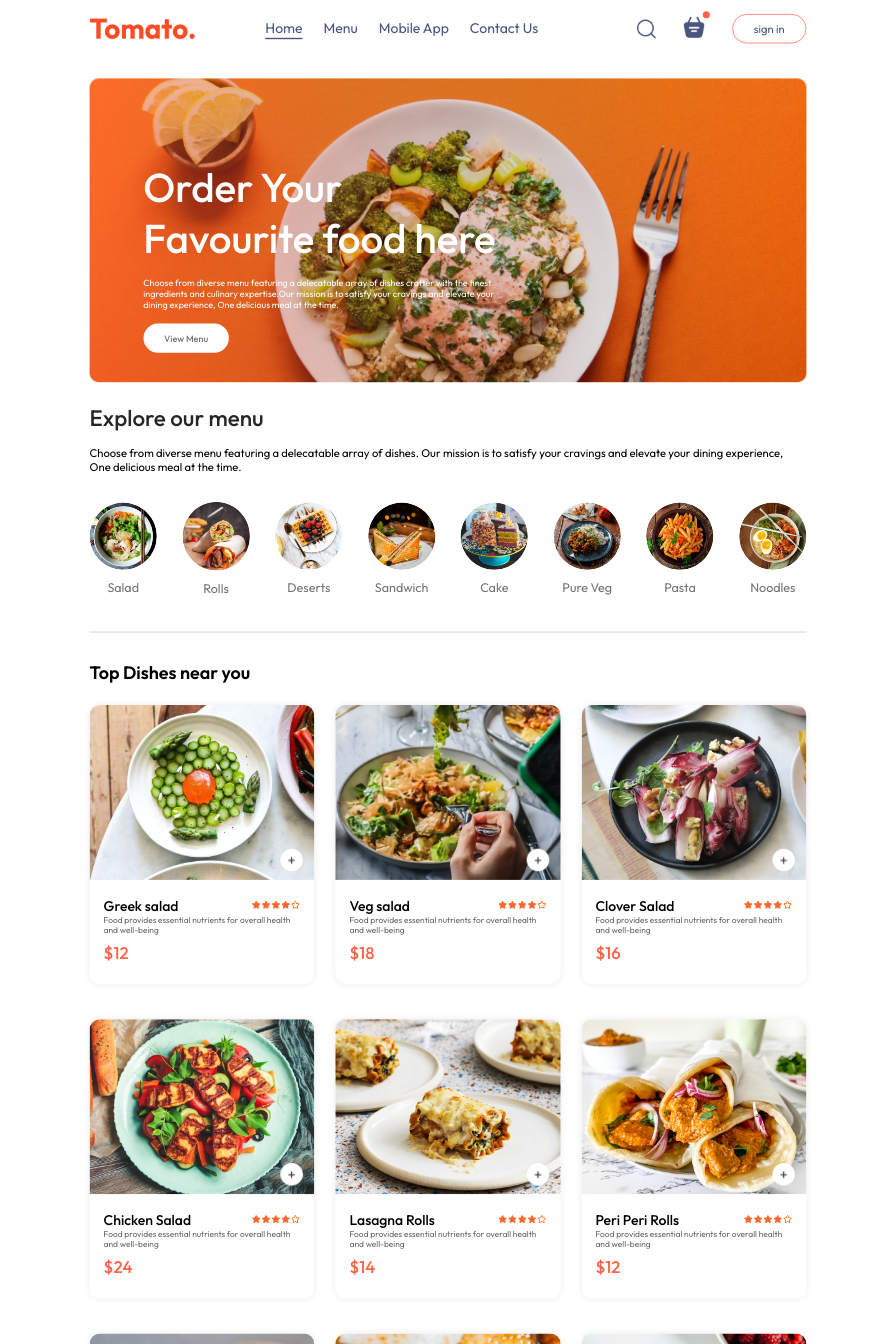
Repository: esakkiraj8104/FOOD_ORDER1
Page: /
The author's editor kept a copy of each file at every save. The page is drawn from the files as they stood at one save, then again after a run of saves.
The browser window is 1280 px wide. The pictures show the part of the page from y = 0 to 1920 px (the page is 6713 px tall before and 6733 px after), at 70% of full size.
The project was rebuilt for these pictures with package versions that can differ from the ones it lists, and the page was loaded fresh each time. Also part of the build but not shown: vite.config.js, src/pages/Cart/Cart.css, src/pages/Cart/Cart.jsx, src/components/LoginPopup/LoginPopup.css, src/components/LoginPopup/LoginPopup.jsx. Imported but missing from the stored project, and not drawn on this page: src/pages/PlaceOrder/PlaceOrder.

Above is the page before, as saved 2025-05-20 18:02:34.

### index.html
<!doctype html>
<html lang="en">
  <head>
    <meta charset="UTF-8" />
    <link rel="icon" type="image/svg+xml" href="/vite.svg" />
    <meta name="viewport" content="width=device-width, initial-scale=1.0" />
    <title>Tomoto food Web</title>
  </head>
  <body>
    <div id="root"></div>
    <script type="module" src="/src/main.jsx"></script>
  </body>
</html>

### src/main.jsx
import React from 'react'
import ReactDOM from 'react-dom/client'
import './index.css'
import App from './App.jsx'
import {BrowserRouter} from 'react-router-dom'
import StoreContextProvider from './Context/StoreContext.jsx'

ReactDOM.createRoot(document.getElementById('root')).render(
  <BrowserRouter>
    <StoreContextProvider>
      <App />
    </StoreContextProvider>

  </BrowserRouter>

)

### src/index.css
@import url('https://fonts.googleapis.com/css2?family=Outfit:wght@100..900&display=swap');

*{
  padding: 0;
  margin: 0;
  box-sizing: border-box;
  font-family: outfit;
  scroll-behavior: smooth;
}
body{
  min-height: 100vh;
}
a{
  text-decoration :none;
  color: inherit;
}
.app{
  width: 80%;
  margin: auto;
}

@keyframes fadeIn {
  0%{
    opacity: 0;
  }
  100%{
    opacity: 1;
  }
}

### src/App.jsx
import React,{ useState } from 'react'
import { Route, Routes } from 'react-router-dom'
import Home from './pages/Home/Home'
import Cart from './pages/Cart/Cart'
import PlaceOrder from './pages/PlaceOrder/PlaceOrder'
import Navbar from './components/Navbar/Navbar/Navbar'
import Footer from './components/Navbar/Footer/Footer'
import LoginPopup from './components/LoginPopup/LoginPopup'

const App = () => {

  const[showLogin,setShowLogin]= useState(false)
  return (

    <>
    {showLogin?<LoginPopup setShowLogin={setShowLogin}/>:<></>}
      <div className='app'>
        <Navbar setShowLogin={setShowLogin}/>
        <Routes >
          <Route path='/' element={<Home />} />
          <Route path='/cart' element={<Cart />} />
          <Route path='/order' element={<PlaceOrder />} />
        </Routes>
      </div>
      <Footer />

    </>


  )
}

export default App

### src/Context/StoreContext.jsx
import { createContext, useEffect, useState } from "react";
import { food_list } from "../assets/assets";

export const StoreContext = createContext(null)

const StoreContextProvider = (props) => {

    const [cartItems,setCartItems]= useState({});

    const addToCart = (itemId) => {
        if (!cartItems[itemId]) {
            setCartItems((prev)=>({...prev,[itemId]:1}))
        }
        else{
            setCartItems((prev)=>({...prev,[itemId]:prev[itemId]+1}))
        }
    }

    const removeFromCart = (itemId) =>{
        setCartItems((prev)=>({...prev,[itemId]:prev[itemId]-1}))
    }

    useEffect(()=>{
        console.log(cartItems);
    },[cartItems])

    const contextValue = {
        food_list,
        cartItems,
        setCartItems,
        addToCart,
        removeFromCart

    }
    return (
        <StoreContext.Provider value={contextValue}>
            {props.children}
        </StoreContext.Provider>
    )
}

export default StoreContextProvider;

### src/pages/Home/Home.jsx
import React, { useState } from 'react'
import './Home.css'
import Header from '../../components/Navbar/Header/Header'
import ExploreMenu from '../../components/Navbar/ExploreMenu/ExploreMenu'
import FoodDisplay from '../../components/Navbar/FoodDisplay/FoodDisplay'
import AppDownload from '../../components/Navbar/AppDownload/AppDownload'

const Home = () => {

    const [category,setCategory]=useState("All");



  return (
    <div>
      <Header/>
      <ExploreMenu category={category} setCategory={setCategory}/>
      <FoodDisplay category={category}/>
      <AppDownload/>
    </div>
  )
}

export default Home

### src/components/Navbar/Navbar/Navbar.jsx
import React, { useState } from 'react'
import './Navbar.css'
import { assets } from '../../../assets/assets'
import { Link } from 'react-router-dom';
const Navbar = ({setShowLogin}) => {

    const [menu,setMenu] = useState("home");
  return (
    <div className='navbar'>
        <img src={assets.logo} alt="" className="logo" />
        <ul className="navbar-menu">
        <Link to='/'className={menu === "home" ? "active" : ""} onClick={() => setMenu("home")}>Home</Link>
        <a href='#explore-menu' className={menu === "menu" ? "active" : ""} onClick={() => setMenu("menu")}>Menu</a>
        <a href='#app-download'className={menu === "mobile-app" ? "active" : ""} onClick={() => setMenu("mobile-app")}>Mobile App</a>
        <a href='#footer'className={menu === "contact us" ? "active" : ""} onClick={() => setMenu("contact us")}>Contact Us</a>
        </ul>
        <div className="navbar-right">
            <Link></Link><img src={assets.search_icon} alt="" />
            <div className="navbar-search-icon">
                <Link to='/cart'><img src={assets.basket_icon} alt="" /></Link>
                <div className="dot"></div>
            </div>
            <button onClick={()=>setShowLogin(true)}>sign in</button>
        </div>
    </div>
  )
}

export default Navbar

### src/components/Navbar/Footer/Footer.jsx
import React from 'react'
import './Footer.css'
import { assets } from '../../../assets/assets'

const Footer = () => {
  return (

    <div className='footer' id='footer'>
      <div className="footer-content">
        <div className="footer-content-left">
          <img src={assets.logo} alt="" />
          <p>Craving something delicious? We bring your favorite meals from top restaurants straight to your door, hot and fresh.
            With fast delivery, secure payments, and  24/7 support, ordering food has never been easier.
            Tomato.com - Serving happiness, one order at a time.</p>
          <div className="footer-social-icons">
            <img src={assets.facebook_icon} alt="" />
            <img src={assets.twitter_icon} alt="" />
            <img src={assets.linkedin_icon} alt="" />
          </div>
        </div>
        <div className="footer-content-center">
          <h2>COMPANY</h2>
          <ul>
            <li>Home</li>
            <li>About us</li>
            <li>Delivery</li>
            <li>Privacy Policy</li>
          </ul>
        </div>
        <div className="footer-content-right">
          <h2>GET IN TOUCH</h2>
          <ul>
            <li>+91-8765434534</li>
            <li>contact@tomato.com</li>
          </ul>
        </div>
      </div>
      <hr />
      <p className="footer-copyright">© 2025 Tomato.com – All Rights Reserved.</p>
    </div>
  )
}

export default Footer

### src/components/Navbar/Header/Header.jsx
import React from 'react'
import './Haeder.css'

const Header = () => {
  return (
    <div className='header'>
       <div className="header-contents">
        <h2>Order Your Favourite food here</h2>
        <p>Choose from diverse menu featuring a delecatable array of dishes crafter with the finest ingredients and culinary expertise.Our mission is to satisfy your cravings and elevate your dining experience, One delicious meal at the time. </p>
        <button>View Menu</button>
       </div>
    </div>

  )
}

export default Header

### src/components/Navbar/ExploreMenu/ExploreMenu.jsx
import React from 'react'
import './ExploreMenu.css'
import { menu_list } from '../../../assets/assets'
const ExploreMenu = ({category,setCategory}) => {
  return (
    <div className='explore-menu' id='explore-menu'>
        <h1>Explore our menu</h1>
        <p>Choose from diverse menu featuring a delecatable array of dishes. Our mission is to satisfy your cravings and elevate your dining experience, One delicious meal at the time. </p>
        <div className="explore-menu-list">
            {menu_list.map((item,index)=>{
                return (
                    <div onClick={()=>setCategory(prev=>prev===item.menu_name?"All":item.menu_name)} key={index} className='explore-menu-list-item'>
                        <img className={category===item.menu_name?"active":""} src={item.menu_image} alt="" />
                        <p>{item.menu_name}</p>
                    </div>
                )
            })}
        </div>
        <hr/>
    </div>
  )
}

export default ExploreMenu

### src/components/Navbar/FoodDisplay/FoodDisplay.jsx
import React, { useContext } from 'react'
import './FoodDisplay.css'
import { StoreContext } from '../../../Context/StoreContext'
import FoodItem from '../FoodItem/FoodItem'

const FoodDisplay = ({ category }) => {

  const { food_list } = useContext(StoreContext)

  return (
    <div className='food-display' id='food-display'>
      <h2>Top Dishes near you</h2>
      <div className="food-display-list">
        {food_list.map((item, index) => {
          if (category === "All" || category === item.category) {


            return <FoodItem key={index} id={item._id} name={item.name} description={item.description} price={item.price} image={item.image} />
          }
        })}
      </div>
    </div>
  )
}

export default FoodDisplay

### src/components/Navbar/AppDownload/AppDownload.jsx
import React from 'react'
import './AppDownload.css'
import { assets } from '../../../assets/assets'

const AppDownload = () => {
  return (
    <div className='app-download'id='app-download'>
      <p>For Better Experience Download <br /> Tomato App</p>
      <div className="app-download-platforms">
        <img src={assets.play_store} alt="" />
        <img src={assets.app_store} alt="" />

      </div>

    </div>
  )
}

export default AppDownload

### src/components/Navbar/Navbar/Navbar.css
.navbar{
    padding: 20px 0px;
    display: flex;
    justify-content: space-between;
    align-items: center;
}

.navbar .logo{
    width: 150px;
}

.navbar-menu{
    display: flex;
    list-style: none;
    gap: 30px;
    color: #49557e;
    font-size: 20px;
}

.navbar-right{
    display: flex;
    align-items: center;
    gap: 40px;
}

.navbar button{
    background: transparent;
    font-size: 16px;
    color: #49557e;
    border: 1px solid tomato;
    padding: 10px 30px;
    border-radius: 50px;
    cursor: pointer;
    transition: 0.3;
}

.navbar button:hover{
    background-color: #fff4f2;
}

.navbar .active{
    padding-bottom: 2px;
    border-bottom: 2px solid #49557e;
}

.navbar li{
    cursor: pointer;
}

.navbar-search-icon{
    position:relative;
}

.navbar-search-icon .dot{
    position: absolute;
    min-width: 10px;
    min-height: 10px;
    background-color: tomato;
    border-radius: 5px;
    top: -8px;
    right: -8px;
}
@media(max-width:1050px) {
    .navbar .logo{
        width: 140px;
    }
    .navbar-menu{
        gap: 20px;
        font-size: 17px;
    }
    .navbar-right{
        gap: 30px;
    }
    .navbar-right img{
        width: 22px;
    }
    .navbar-right button{
        padding: 8px 25px;
    }
}
@media(max-width:900px) {
    .navbar .logo{
        width: 120px;
    }
    .navbar-menu{
        gap: 15px;
        font-size: 16px;
    }
    .navbar-right{
        gap: 20px;
    }
    .navbar-right img{
        width: 20px;
    }
    .navbar-right button{
        padding: 7px 20px;
        font-size: 15px;
    }
}
@media(max-width:750px) {
    .navbar-menu{
        display: none;
    }
}

### src/components/Navbar/Footer/Footer.css
.footer{
    color: #d9d9d9;
    background: #323232;
    display: flex;
    flex-direction: column;
    align-items: center;
    gap: 20px;
    padding: 20px 8vw;
    padding-top: 80px;
    margin-top: 100px;

}

.footer-content{
    width: 100%;
    display: grid;
    grid-template-columns: 2fr 1fr 1fr;
    gap: 80px;
}
.footer-content-left, .footer-content-right, .footer-content-center{
    display: flex;
    flex-direction: column;
    align-items: start;
    gap: 20px;
}
.footer-content-left li, .footer-content-right li, .footer-content-center li{
    list-style: none;
    margin-bottom: 10px;
    cursor: pointer;
}
.footer-content-right h2, .footer-content-center h2 {
    color: white;
}
.footer-social-icons img{
    width: 40px;
    margin-right: 15px;
}
.footer hr{
    width: 100%;
    height: 2px;
    margin: 20px 0;
    background-color: grey;
    border: none;
}
@media (max-width:750px) {
    .footer-content{
        display: flex;
        flex-direction: column;
        gap: 35px;
    }
    .footer-copyright{
        text-align: center;
    }
}

### src/components/Navbar/Header/Haeder.css
.header{
    height: 34vw;
    margin: 30px auto;
    background: url('/header_img.png') no-repeat;
    background-size:  contain;
    position: relative;
}

.header-contents{
    position: absolute;
    display: flex;
    flex-direction: column;
    align-items: start;
    gap: 1.5vw;
    max-width: 50%;
    bottom: 10%;
    left: 6vw ;
    animation: fadeIn 3s;
}
.header-contents h2{
    font-weight: 500;
    color: white;
    font-size: max(4.5vw,22px);
}
.header-contents p{
    color: white;
    font-size: 1vw;
}
.header-contents button{
    border: none;
    color: #747474;
    font-weight: 500;
    padding: 1vw 2.3vw;
    background-color: white;
    font-size: max(1vw,13px);
    border-radius: 50px;
    cursor: pointer;
}
.header-contents button:hover{
    background-color: #fff4f2;
}
@media (max-width:1050px) {
    .header-contents{
        max-width: 45%;
    }
}
@media (max-width:750px) {
    .header-contents{
        max-width: 65%;
    }
    .header-contents p{
        display: none;
    }
    .header-contents button{
        padding: 2vw 4vw;
    }
}

### src/components/Navbar/ExploreMenu/ExploreMenu.css
.explore-menu{
    display:flex;
    flex-direction: column;
    gap: 20px;
}
.explore-menu h1{
    color: #262626;
    font-weight: 500 ;
}
.explore-menu-text{
    max-width: 60%;
    columns: #808080;
}
.explore-menu-list{
    display: flex;
    justify-content: space-between;
    align-items: center;
    gap: 30px;
    text-align: center;
    margin: 20px 0px;
    overflow-x: scroll;
}
.explore-menu-list::-webkit-scrollbar{
    display: none;
}
.explore-menu-list-item img{
    width: 7.5vw;
    min-width: 80px;
    cursor: pointer;
    border-radius: 50%;
    transition: 0.2s;
}
.explore-menu-list-item p{
    margin-top: 10px;
    color: #747474;
    font-size: max(1.4vw,16px);
    cursor: pointer;
}
.explore-menu hr{
    margin: 10px 0px;
    height: 2px;
    background-color: #e2e2e2;;
    border:none;
}
.explore-menu-list-item .active{
    border: 4px solid tomato;
    padding: 2px;
}
@media (max-width:1050px) {
    .explore-menu-text{
        max-width: 100%;
        font-size: 14px;
    }
}

### src/components/Navbar/FoodItem/FoodItem.jsx
import React, { useContext } from 'react'
import './FoodItem.css'
import { assets } from '../../../assets/assets'
import { StoreContext } from '../../../Context/StoreContext'
const FoodItem = ({id,name,price,description,image}) => {


    const {cartItems,addToCart,removeFromCart} = useContext(StoreContext);

  return (
    <div className='food-item'>
        <div className="food-item-img-container">
            <img className='food-item-image' src={image} alt="" />
            {!cartItems[id]
                ?<img className='add' onClick={()=>addToCart(id)} src={assets.add_icon_white} alt=""/>
                :<div className='food-item-counter'>
                  <img onClick={()=>removeFromCart(id)} src={assets.remove_icon_red} alt="" />
                  <p>{cartItems[id]}</p>
                  <img onClick={()=>addToCart(id)}  src={assets.add_icon_green} alt="" />
                </div>
            }
        </div>
        <div className="food-item-info">
            <div className="food-item-name-rating">
                <p>{name}</p>
                <img src={assets.rating_starts} alt="" />
            </div>
            <p className="food-item-desc">{description}</p>
            <p className="food-item-price">${price}</p>
        </div>

    </div>
  )
}

export default FoodItem

### src/components/Navbar/AppDownload/AppDownload.css
.app-download{
    margin: auto auto;
    margin-top: 100px;
    font-size: max(3vw,20px);
    text-align: center;
    font-weight: 500;
}
.app-download-platforms{
    display: flex;
    justify-content: center;
    gap: max(2vw,10px);
    margin-top: 40px;
}
.app-download-platforms img{
    width: max(30vw,120px);
    max-width: 180px;
    transition: 0.5s;
    cursor:pointer;
}
.app-download-platforms img:hover{
    transform: scale(1.1);
}

### src/components/Navbar/FoodItem/FoodItem.css
.food-item{
    width: 100%;
    margin: auto;
    border-radius: 15px;
    box-shadow: 0px 0px 10px #00000015;
    transition: 0.3s;
    animation: fadeIn 1s;
}
.food-item-image{
    width: 100%;
    border-radius: 15px 15px 0px 0px;

}
.food-item-info{
    padding: 20px;
}
.food-item-name-rating{
    display: flex;
    justify-content: space-between;
    align-items: center;
    margin-bottom: 100;
}
.food-item-name-rating p{
    font-size: 20px;
    font-weight: 500;
}
.food-item-name-rating img{
    width: 70px;
}
.food-item-desc{
    color: #676767;
    font-size: 12px;
}
.food-item-price{
    color: tomato;
    font-size: 24px;
    font-weight: 500;
    margin: 10px 0px;
}
.food-item-img-container{
    position: relative;
}
.food-item-img-container .add{
    width: 35px;
    position: absolute;
    bottom: 15px;
    right: 15px;
    cursor: pointer;
    border-radius: 50%;
}
.food-item-counter{
    position: absolute;
    bottom: 15px;
    right:15px;
    display: flex;
    align-items: center;
    gap: 10px;
    padding: 6px;
    border-radius: 50px;
    background-color: white;
}
.food-item-counter img{
    width: 30px;
}

Loaded but not shown: src/components/Navbar/FoodDisplay/FoodDisplay.css (common file); src/assets/assets.js (350 lines, source omitted); src/pages/Home/Home.css (no stored copy; drawn as an empty file)

After the next 2 saves:
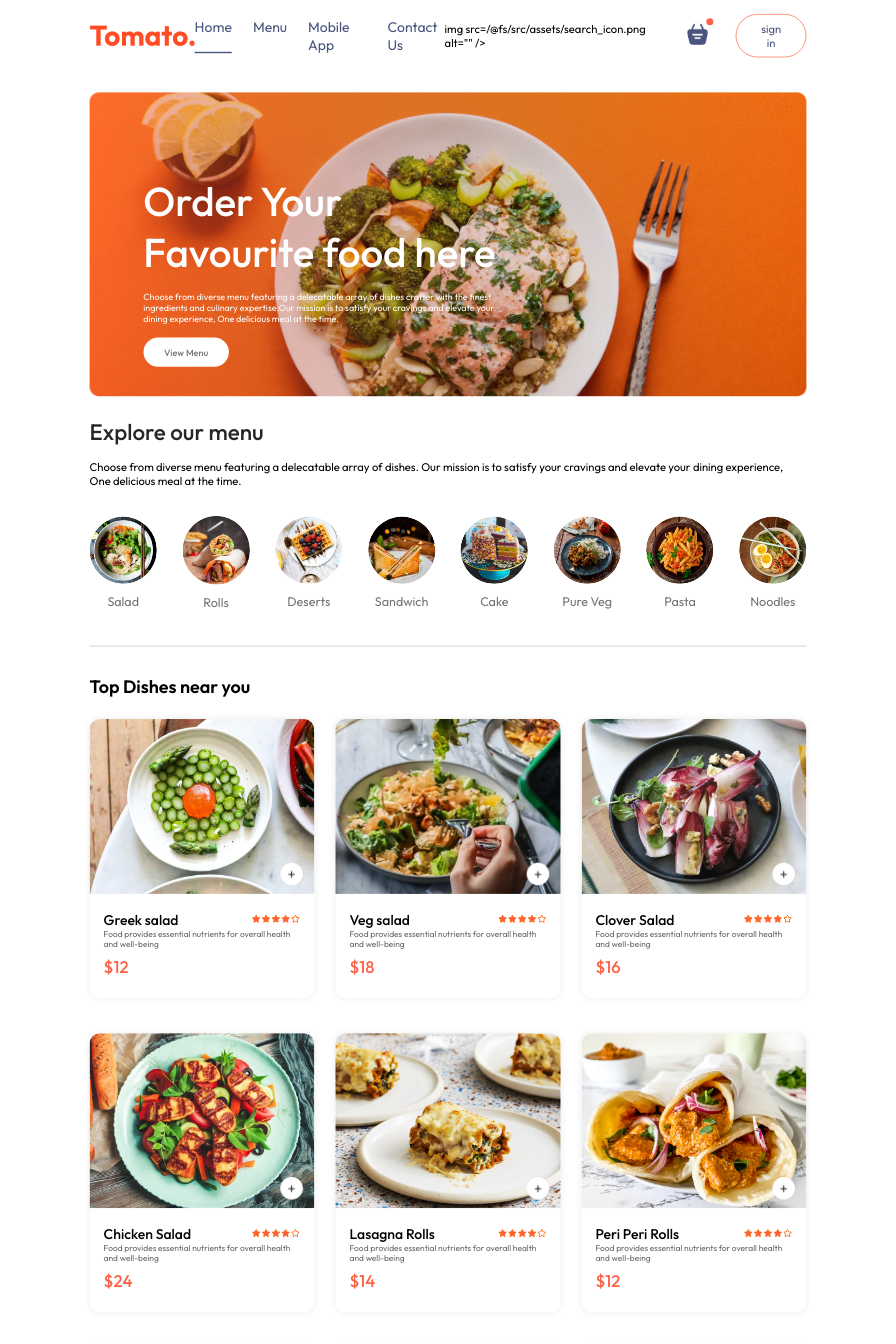
The 2 saves are shown as one change because 1 did not build or start.
The last was saved 22 s later.
--- a/src/components/Navbar/Navbar/Navbar.jsx
+++ b/src/components/Navbar/Navbar/Navbar.jsx
@@ -15,7 +15,7 @@
         <a href='#footer'className={menu === "contact us" ? "active" : ""} onClick={() => setMenu("contact us")}>Contact Us</a>
         </ul>
         <div className="navbar-right">
-            <Link></Link><img src={assets.search_icon} alt="" />
+            <Link>img src={assets.search_icon} alt="" /></Link>
             <div className="navbar-search-icon">
                 <Link to='/cart'><img src={assets.basket_icon} alt="" /></Link>
                 <div className="dot"></div>

After the save that followed:
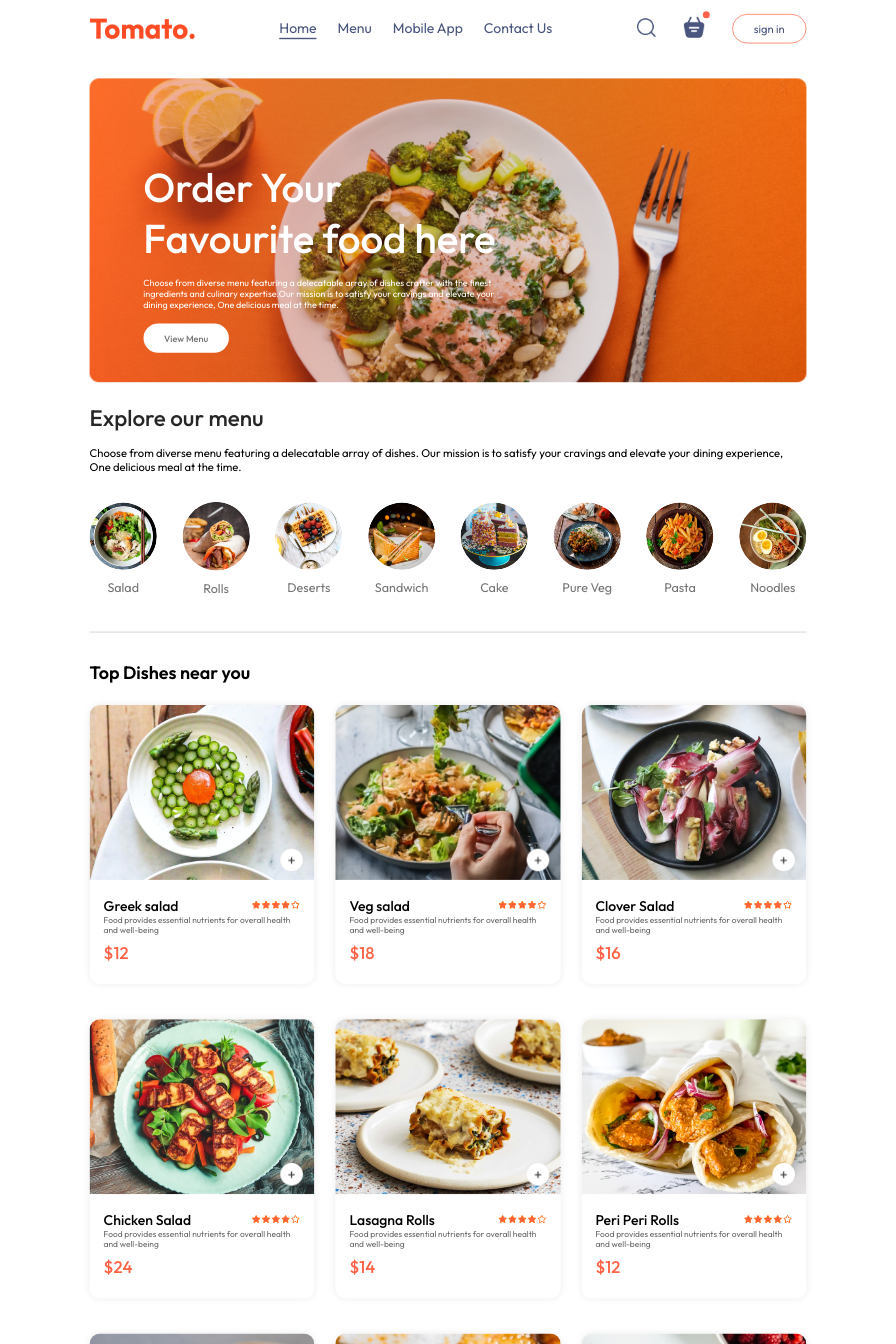
Saved 4 s later.
--- a/src/components/Navbar/Navbar/Navbar.jsx
+++ b/src/components/Navbar/Navbar/Navbar.jsx
@@ -15,7 +15,7 @@
         <a href='#footer'className={menu === "contact us" ? "active" : ""} onClick={() => setMenu("contact us")}>Contact Us</a>
         </ul>
         <div className="navbar-right">
-            <Link>img src={assets.search_icon} alt="" /></Link>
+            <Link><img src={assets.search_icon} alt="" /></Link>
             <div className="navbar-search-icon">
                 <Link to='/cart'><img src={assets.basket_icon} alt="" /></Link>
                 <div className="dot"></div>
